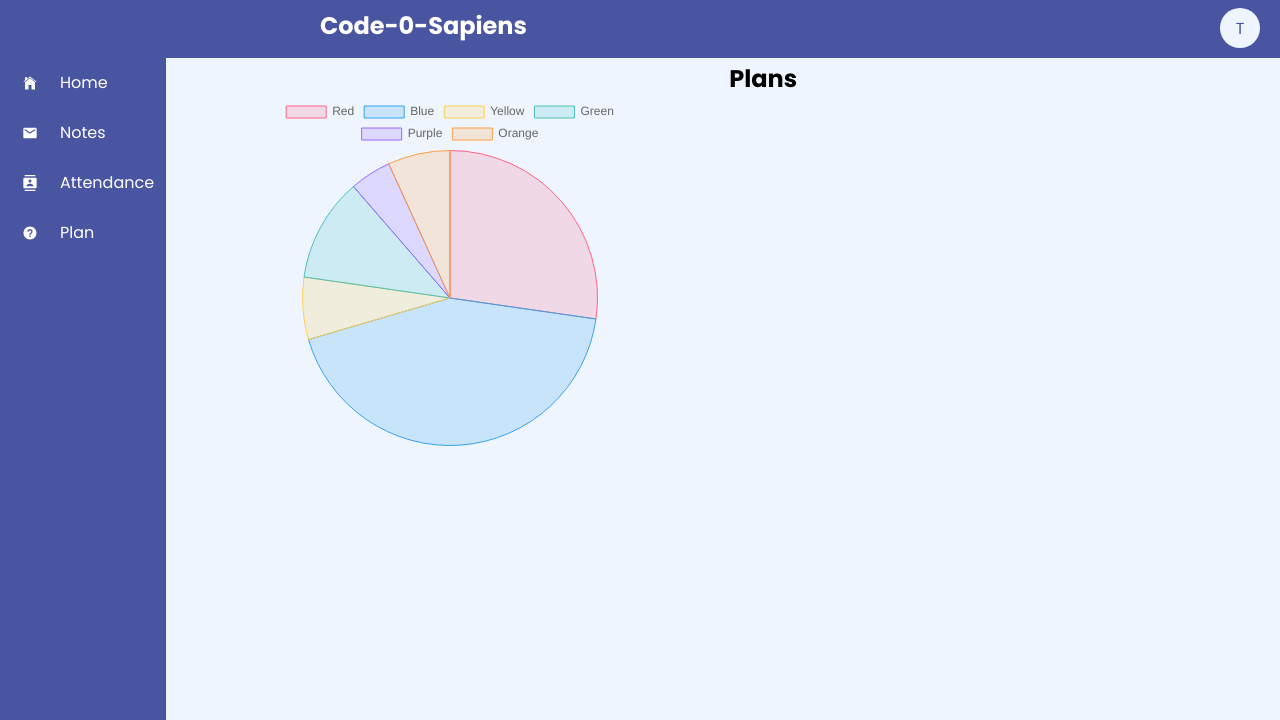
Repository: sinchana-P/code-0-sapiens
Page: /plans (app in client/)
An editor plug-in stored every save of this project. The page is shown before and after the next save, followed by the edit.
The browser window is 1280 px wide. The pictures show the whole page.
The project was rebuilt for these pictures with package versions that can differ from the ones it lists, and the page was loaded fresh each time. Also part of the build but not shown: client/src/components/auth/login/FormLayoutLogin.jsx, client/src/components/auth/login/Login.jsx, client/src/components/auth/register/FormLayoutRegister.jsx, client/src/components/auth/register/Register.jsx, client/src/components/homeScene/Home.jsx, client/src/components/notes/Notes.jsx, client/src/components/attendance/Attendance.css, client/src/components/attendance/Attendance.jsx and 7 more.

Above is the page before, as saved 2024-03-01 07:34:32.

After the next save:
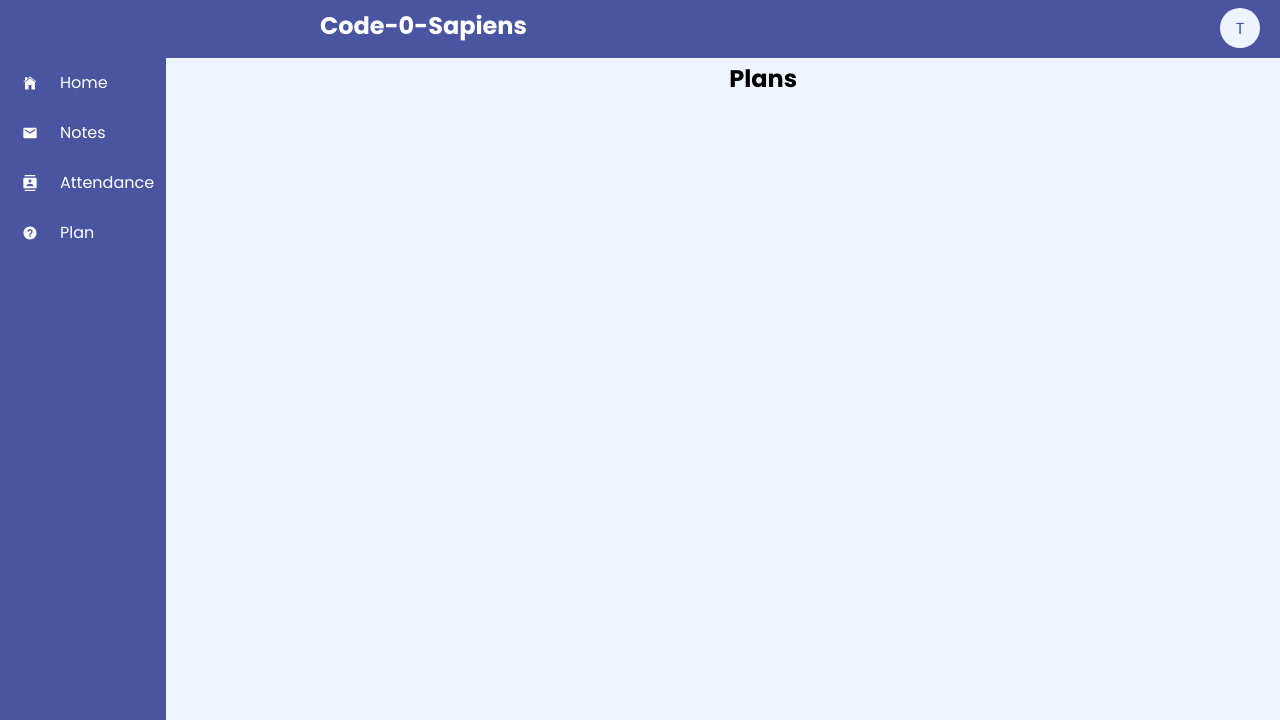
Saved 6 s later.
--- a/client/src/components/plans/Plans.jsx
+++ b/client/src/components/plans/Plans.jsx
@@ -133,13 +133,7 @@
       <h2 className='heading'>Plans</h2>
 
 
-            <div style={{width:'350px', height: '350px'}} className='pie-container'>
-              <Pie
-                data={data}
-                width={50}
-                height={50}
-              />
-            </div>
+
 
 
 

After the 4 saves that followed:
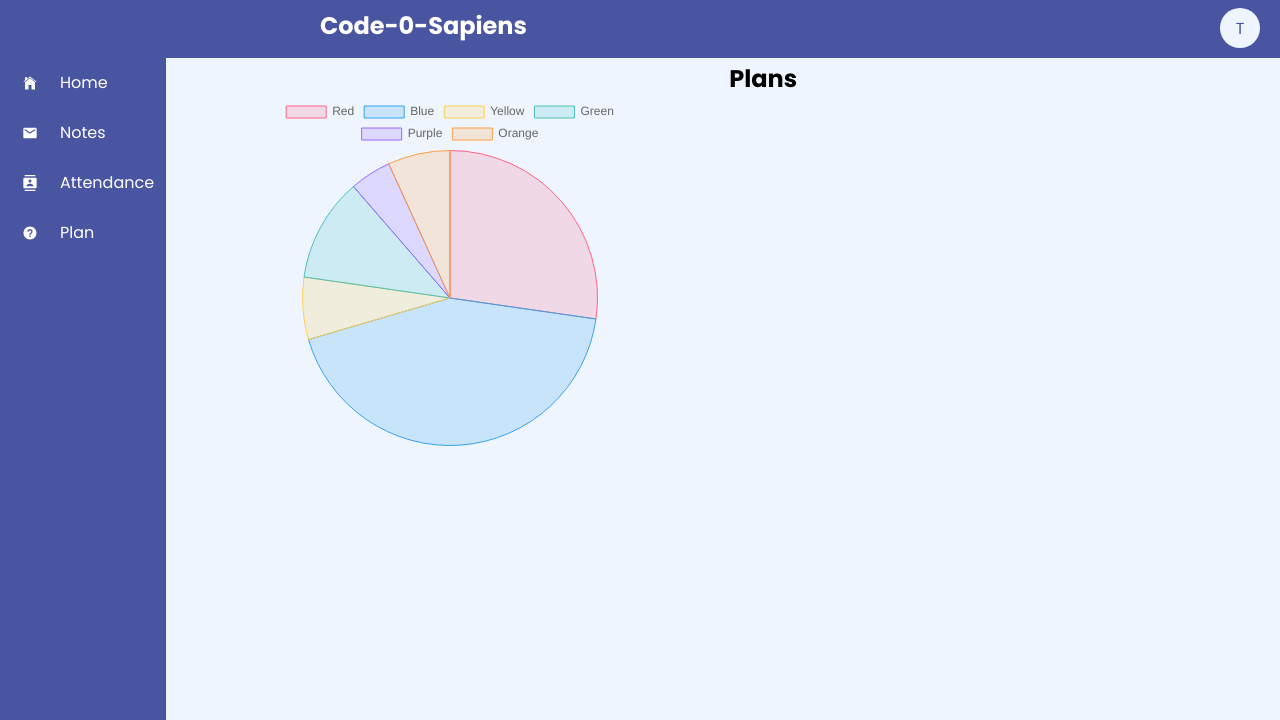
The 4 saves are shown as one change because 1 left the picture as it was and some came seconds apart.
The last was saved 13 s later.
--- a/client/src/components/plans/Plans.jsx
+++ b/client/src/components/plans/Plans.jsx
@@ -132,12 +132,22 @@
     <div className='plans-main'>
       <h2 className='heading'>Plans</h2>
 
+         <div>
+
+         <div style={{width:'350px', height: '350px'}} className='pie-container'>
+              <Pie
+                data={data}
+                width={50}
+                height={50}
+              />
+            </div>
+         </div>
 
 
 
 
 
-        </div>
+    </div>
 
 
 
